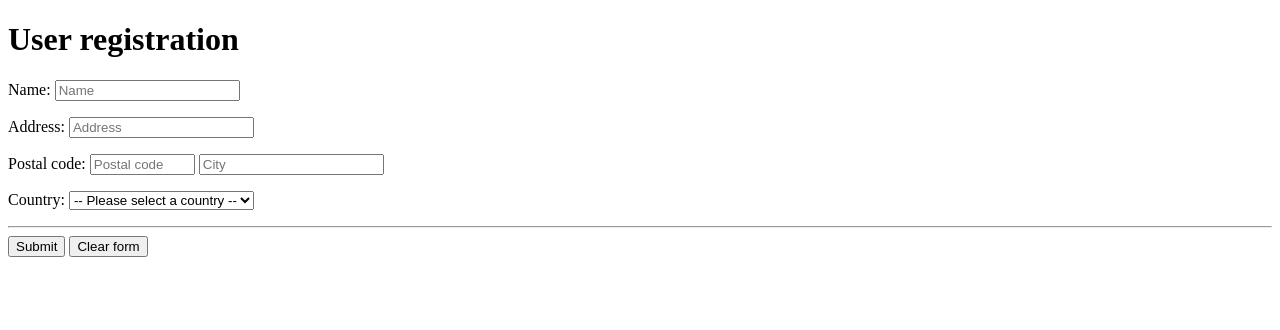
Repository: Filip-Husic/AW_frontend
Page: ex3Forms.html
An editor plug-in stored every save of this project. The page is shown before and after the next save, followed by the edit.
The browser window is 1280 px wide. The pictures show the whole page.

Above is the page before, as saved 2022-11-23 11:41:59.

After the next save:
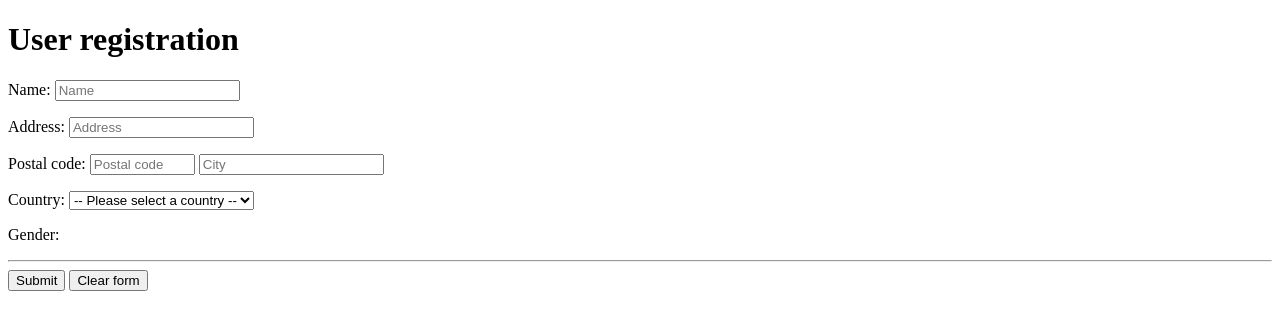
Saved 4 s later.
--- a/ex3Forms.html
+++ b/ex3Forms.html
@@ -35,7 +35,7 @@
             </select>
         </p>
         <p>
-            <label for="gender"></label>
+            <label for="gender">Gender:</label>
         </p>
         <hr>
         <button type="submit">Submit</button>
